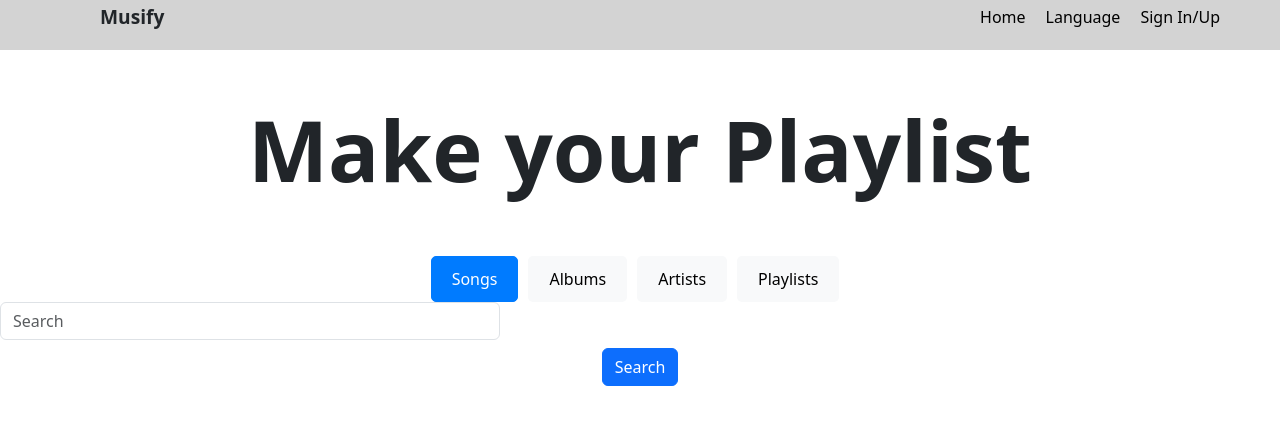
Repository: yuqiant/musify
Page: / (app in musify/)
These files come from the project's save history. The page is drawn as it stood at one moment and after the next save; the edit follows.
The browser window is 1280 px wide. The pictures show the whole page.
The project was rebuilt for these pictures with package versions that can differ from the ones it lists, and the page was loaded fresh each time. Also part of the build but not shown: musify/src/result/index.js, musify/src/details/userContext.js, musify/src/details/index.js.

Above is the page before, as saved 2023-12-08 18:20:03.

### musify/src/index.js
import React from 'react';
import ReactDOM from 'react-dom/client';
import { BrowserRouter as Router } from 'react-router-dom'; // Import BrowserRouter

import './index.css';
import App from './App';
import Home from './home';
import reportWebVitals from './reportWebVitals';

const root = ReactDOM.createRoot(document.getElementById('root'));
root.render(

  <React.StrictMode>
    <Router><App /></Router>

  </React.StrictMode>
);

// If you want to start measuring performance in your app, pass a function
// to log results (for example: reportWebVitals(console.log))
// or send to an analytics endpoint. Learn more: https://bit.ly/CRA-vitals
reportWebVitals();

### musify/src/App.js
import logo from './logo.svg';
import { BrowserRouter as Router, Route, Routes } from 'react-router-dom';

import 'bootstrap/dist/css/bootstrap.min.css';
import './App.css';
import Navbar from './navbar';
import Home from './home';
import Results from './result';
import SongDetails from './details';
function App() {
  return (
    // <div>
    //   <Navbar />
    //   <Home />
    // </div>
    <div>
      <Routes>
        {/* <Navbar /> */}
        <Route path="/" element={<Home />} />
        <Route path="/search" element={<Results />} />
        <Route path="/details/:id" element={<SongDetails />} />

      </Routes>
    </div>
  );

}

export default App;

### musify/src/home/index.js
// import React, { useState } from 'react';
// import axios from "axios";
// import 'bootstrap/dist/css/bootstrap.min.css';
// import './index.css';

// function Home() {
//     const [searchTerm, setSearchTerm] = useState('');
//     const [searchType, setSearchType] = useState('Songs');
//     const URL = "http://localhost:4000/api/songs";

//     const handleSearchChange = (event) => {
//         setSearchTerm(event.target.value);
//     };

//     const handleSearchSubmit = async (event) => {
//         event.preventDefault();
//         console.log('Search Term:', searchTerm);
//         console.log('Search Type:', searchType);
//         try {
//             // Make the API call
//             const response = await axios.post(URL, {
//                 searchTerm: searchTerm,
//                 searchType: searchType
//             });

//             const data = response.data;

//             // Do something with the search results
//             // For example, set them in the state and then map over that state to render components
//             console.log(data);
//         } catch (error) {
//             // Handle errors, for example, by setting an error message in your state and displaying it
//             // Axios wraps the response error in the 'response' object
//             if (error.response) {
//                 console.error('Error response:', error.response);
//             } else if (error.request) {
//                 console.error('Error request:', error.request);
//             } else {
//                 console.error('Error message:', error.message);
//             }
//         }
//     };

//     const handleSearchTypeChange = (type) => {
//         setSearchType(type);
//     };

//     return (
//         <div className="App">
//             <div className="playlist-section">
//                 <br /><br />
//                 <h2 className="playlist-heading">Make your Playlist</h2>
//                 <br /><br />
//                 <div className="search-types">
//                     {['Songs', 'Albums', 'Artists', 'Playlists'].map((type) => (
//                         <button
//                             key={type}
//                             className={`search-type-button ${searchType === type ? 'active' : ''}`}
//                             onClick={() => handleSearchTypeChange(type)}
//                         >
//                             {type}
//                         </button>
//                     ))}
//                     <br /><br />
//                 </div>
//                 <div className="search-container">
//                     <form onSubmit={handleSearchSubmit} className="form-inline">
//                         <input
//                             type="text"
//                             className="form-control search-bar mb-2 mr-sm-2"
//                             placeholder="Search for songs, artists, albums, playlists"
//                             value={searchTerm}
//                             onChange={handleSearchChange} />
//                         <button type="submit" className="btn btn-primary mb-2">Search</button>
//                     </form>
//                 </div>
//             </div>
//         </div>
//     );
// }

// export default Home;




import React, { useState, useEffect } from 'react';
import axios from 'axios';
import { useLocation, useNavigate } from 'react-router-dom';
import 'bootstrap/dist/css/bootstrap.min.css';
import './index.css';
import Navbar from '../navbar';

function Home() {
    const [searchTerm, setSearchTerm] = useState('');
    const [searchType, setSearchType] = useState('Songs'); // New state for search type
    const [searchResults, setSearchResults] = useState([]);
    const location = useLocation();
    const REMOTE_API_URL = "http://localhost:4000/search";
    const navigate = useNavigate();

    // useEffect(() => {
    //     const queryParams = new URLSearchParams(location.search);
    //     const query = queryParams.get('criteria');
    //     if (query) {
    //         performSearch(query);
    //     }
    // }, [location.search]);

    const handleSearchChange = (event) => {
        setSearchTerm(event.target.value);
    };

    const handleSearchTypeChange = (type) => {
        setSearchType(type);
    };

    // const performSearch = async (query) => {
    //     try {


    //         const url = `${REMOTE_API_URL}?query=${query}&type=${searchType}`;
    //         console.log("Requesting:", url); // 调试输出
    //         const response = await axios.get(url);
    //         // console.log("Response data:", response.data); // 查看实际返回的数据
    //         // setSearchResults(response.data.results || []);
    //         // setSearchResults([response.data]);
    //         if (Array.isArray(response.data)) {
    //             setSearchResults(response.data);
    //             console.log("Response data:", response.data);
    //         } else {
    //             setSearchResults([response.data]);
    //         }

    //     } catch (error) {
    //         console.error('Search error:', error);
    //         setSearchResults([]);
    //     }
    // };

    const handleSearchSubmit = (event) => {
        event.preventDefault();
        navigate(`/search?query=${searchTerm}&type=${searchType}`);
        // performSearch(searchTerm);
        // navigate(`/search?criteria=${searchTerm}&type=${searchType}`);
    };

    // const renderSearchResults = () => {
    //     console.log("in render", searchResults);
    //     return searchResults.map((result, index) => (
    //         <div key={index} className="search-result-item">
    //             {/* <img src={result.thumbnail} alt={result.title} /> */}
    //             <h3>{result.songName}</h3>
    //             <p>{result.albumName}</p>
    //             <a href={`/details/${result.id}`}>View Details</a>
    //         </div>
    //     ));
    // };






    return (

        <div className="App">
            <div className="search-section">
                <Navbar />
                <br /><br />
                <h2 className="playlist-heading">Make your Playlist</h2>
                <br /><br />

                <div className="search-types">
                    {['Songs', 'Albums', 'Artists', 'Playlists'].map((type) => (
                        <button
                            key={type}
                            className={`search-type-button ${searchType === type ? 'active' : ''}`}
                            onClick={() => handleSearchTypeChange(type)}
                        >
                            {type}
                        </button>
                    ))}
                </div>
                <form onSubmit={handleSearchSubmit} className="form-inline">
                    <input
                        type="text"
                        // className="form-control search-bar"
                        className="form-control search-bar mb-2 mr-sm-2"
                        placeholder="Search"
                        value={searchTerm}
                        onChange={handleSearchChange} />
                    <button type="submit" className="btn btn-primary">Search</button>
                </form>
                <div className="search-results">
                    {/* {renderSearchResults()} */}
                    {/* {performSearch} */}
                </div>
            </div>
        </div>
    );
}

export default Home;

### musify/src/navbar/index.js

import React from 'react';
// import { NavLink } from 'react-router-dom';
import './index.css';
const Navbar = () => {
    return (
        <nav className="wd-navigation">
            {/* <div className="nav-container"> */}

            {/* <NavLink exact to="/" className="nav-logo">
                    Recipe Roulette
                </NavLink> */}
            <p className="bold-left-align">Musify</p>

            {/* 导航链接 */}
            <ul className="menu">
                <li className="list-group-item">
                    {/* <NavLink exact to="/" activeClassName="active"> */}
                    Home
                    {/* </NavLink> */}
                </li>
                <li className="list-group-item">
                    {/* <NavLink to="/language" activeClassName="active"> */}
                    Language
                    {/* </NavLink> */}
                </li>
                <li className="list-group-item">
                    {/* <NavLink to="/signin" activeClassName="active"> */}
                    Sign In/Up
                    {/* </NavLink> */}
                </li>
            </ul>
            {/* </div> */}
        </nav>
    );
};

export default Navbar;

### musify/src/home/index.css
/* Reset margin and padding to remove default browser styling */
* {
    margin: 0;
    padding: 0;
    box-sizing: border-box;
}

/* General App styling */
.App {
    text-align: center;
}

/* Navigation bar styling */
.App-nav {
    display: flex;
    justify-content: space-between;
    align-items: left;
    background-color: #282c34;
    padding: 1rem;
    color: white;
}

.App-nav h1 {
    font-size: 1.5rem;
}

.App-nav a {
    color: white;
    text-decoration: none;
    margin-left: 1rem;
}

.App-nav a:hover {
    text-decoration: underline;
}

/* Header and content styling */
.App-header {
    color: white;
    padding-top: 60px;
    /* Adjust this value as needed */
}

.App-logo {
    height: 40vmin;
    pointer-events: none;
}

.App-link {
    color: #61dafb;
}

.App-link:hover {
    color: #39a9db;
}

.submit-button-container {
    display: flex;
    align-items: flex-start;
    justify-content: flex-start;
}

.playlist-heading {
    font-size: 85px;
    font-weight: bolder;
}

.search-container {
    display: flex;
    justify-content: center;
    /* Center horizontally */
    align-items: center;
    /* Center vertically */
    margin-top: 20px;
}

.search-bar {
    width: 500px;

}

.search-type-button {
    font-size: 16px;
    /* Adjust the font size as needed */
    padding: 10px 20px;
    /* Bigger button */
    margin-right: 10px;
    /* Space between buttons */
    border: 1px solid transparent;
    background-color: #f8f9fa;
    color: #000;
    border-radius: 5px;
    cursor: pointer;
}

.search-type-button.active {
    background-color: #007bff;
    /* Bootstrap primary color */
    color: #fff;
    border-color: #007bff;
}

### musify/src/navbar/index.css
.wd-navigation {
    background-color: lightgray;
    list-style: none;
    padding: 0;
    margin: 0;
    width: 100%;
    /* Full width */
    display: flex;
    /* Align items in a row */
    justify-content: space-between;
    align-items: center;
    /* Even spacing */
    height: 50px;
}

.wd-navigation .list-group-item {
    display: inline-block;
    /* Make list items inline */
    border-radius: 0;
    color: black;
    /* Optional: removes border-radius */
}

.wd-navigation .menu {
    padding-right: 50px;
}

.wd-navigation a {
    padding: 10px;
    margin-bottom: 0;
    /* Adjust for horizontal layout */
    font-size: 0.8em;
    text-align: center;
    background-color: black;
    border: none;
    display: block;
    /* Ensure proper alignment */
    color: white;
    /* Text color */
    text-decoration: none;
}

.wd-navigation a.active {
    background-color: white;
    color: red;
}

.wd-icon,
.wd-navigation a i {
    color: red;
    font-size: 2em;
    margin-bottom: 0;
    /* Adjust for horizontal layout */
}

.list-group-item {
    color: white;
    /* Set default text color to white */
    padding: 5px 10px;
}

.list-group-item.active {
    background-color: black;
    color: red;
}

/* Responsive adjustments (if needed) */
@media (max-width: 600px) {
    .wd-navigation a {
        padding: 5px;
        font-size: 0.6em;
    }
}

.bold-left-align {
    font-weight: bold;
    text-align: left;

    padding-left: 100px;
    font-size: 1.2em;
}

Loaded but not shown: musify/public/index.html (common file); musify/src/index.css (common file); musify/src/reportWebVitals.js (common file); musify/src/App.css (common file)

After the next save:
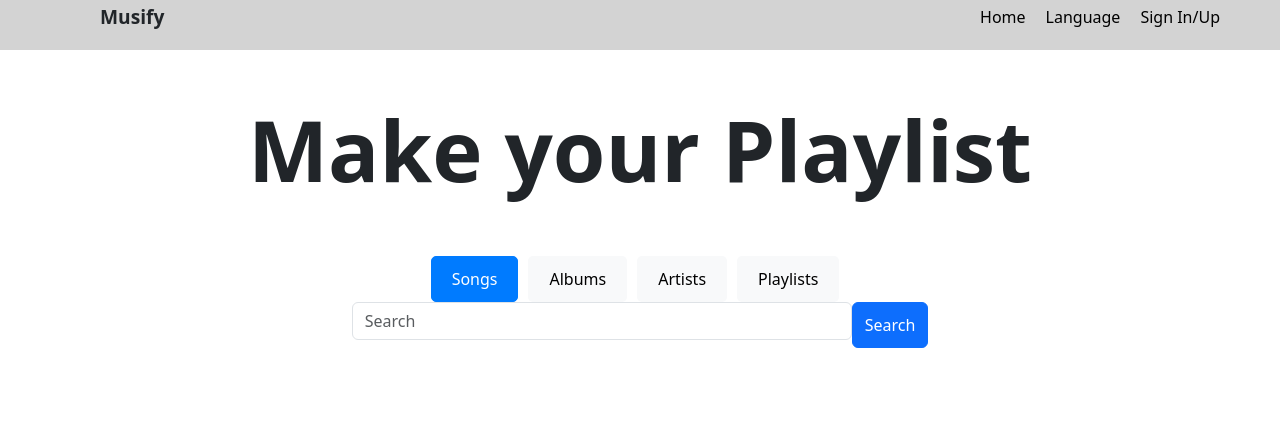
Saved 18 s later.
--- a/musify/src/home/index.css
+++ b/musify/src/home/index.css
@@ -79,6 +79,12 @@
 
 }
 
+.form-inline {
+    display: flex;
+    justify-content: center;
+    width: 100%;
+}
+
 .search-type-button {
     font-size: 16px;
     /* Adjust the font size as needed */
